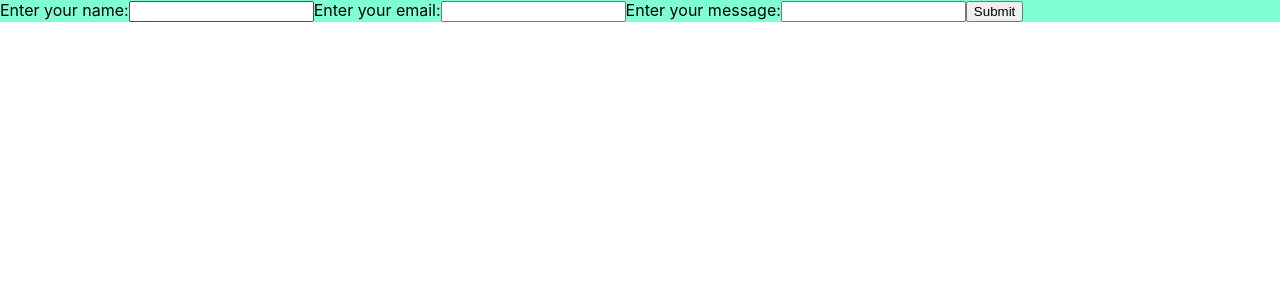
Repository: AddamVictorioDev/ProfileWebsite
Page: /form (app in con/)
The author's editor kept a copy of each file at every save. The page is drawn from the files as they stood at one save, then again after the next save.
The browser window is 1280 px wide. The pictures show the whole page.
The project was rebuilt for these pictures with package versions that can differ from the ones it lists, and the page was loaded fresh each time. Also part of the build but not shown: con/src/App.css, con/src/home.css, con/src/home.js, con/src/addam.js, con/src/usescripts.js, con/src/projects.js.

Above is the page before, as saved 2023-03-16 18:25:26.

### con/src/index.css
body {
  margin: 0;
  font-family: -apple-system, BlinkMacSystemFont, 'Segoe UI', 'Roboto', 'Oxygen',
    'Ubuntu', 'Cantarell', 'Fira Sans', 'Droid Sans', 'Helvetica Neue',
    sans-serif;
  -webkit-font-smoothing: antialiased;
  -moz-osx-font-smoothing: grayscale;
  /* background-image: url("/Users/addamvictorio/con/src/waterdropwallpp.jpg"); */
  /* background-color: #ffffff; */

}

code {
  font-family: source-code-pro, Menlo, Monaco, Consolas, 'Courier New',
    monospace;
}

### con/src/App.js
import logo from './logo.svg';
import './App.css';
import HomePage from './home';
import Addam from './addam';

import {
  BrowserRouter,
  Routes,
  Route
} from "react-router-dom";
import Projects from './projects';
import MyForm from './form';

function App() {

  return (

    <BrowserRouter>
      <Routes>


      <Route exact path="/" element={<Addam />}  />
      <Route path="projects" element={<Projects />} />
      <Route path="form" element={<MyForm />} />

      </Routes>


  </BrowserRouter>

  );
}

export default App;

### con/src/form.js
import { useState } from 'react';
import ReactDOM from 'react-dom/client';
import './form.css'

function MyForm() {
  const [inputs, setInputs] = useState({});

  const handleChange = (event) => {
    const name = event.target.name;
    const value = event.target.value;
    setInputs(values => ({...values, [name]: value}))
  }

  const handleSubmit = (event) => {
    event.preventDefault();
    alert(inputs);
  }

  return (
    <div className="container">
    <form onSubmit={handleSubmit}>
      <label>Enter your name:
      <input
        type="text"
        name="username"
        value={inputs.username || ""}
        onChange={handleChange}
      />
      </label>
      <label>Enter your email:
        <input
          type="text"
          name="age"
          value={inputs.age || ""}
          onChange={handleChange}
        />
        </label>
        <label>Enter your message:
      <input
        type="text"
        name="username"
        value={inputs.username || ""}
        onChange={handleChange}
      />
      </label>
        <input type="submit" />
    </form>
    </div>
  )
}

export default MyForm;

### con/src/addam.css
/* Grid Layout */
.home-page {
    display: flex;
    flex-direction: column;
    margin: 0;
    justify-content: center;

}

/* Typography */
.home-page h1 {

    flex: 1;

    text-align: center;
}

.cont {
   font-size: 40px;
  }


  .cont2 {
    font-size: 50px;

  }
.home-page p {
    font-size: 18px;
    line-height: 1.5;
    flex: 1;
    text-align: center;
    margin-bottom: 20px;
}

/* Color */
.home-page {
    background-color: #ffffff;
}

.home-page h1 {
    color: #333;
}
.container{
 flex: 1;
}

.home-page a {
    color: #ff5722;
    font-size:xx-large;

}
.home-page a:hover {
    background-color: #121212;
  }
button h2:hover{
    color: #ff5722;
}
/* Images and Videos */
.home-page .featured-image {
    flex: 1;
    max-width: 100%;
    height: auto;
}

/* Animation */
.home-page .featured-product {
    animation: fade-in 1s ease;
}
button{
    background-color: #ffffff;
    border: none;
}
hr {
    height:1px;
    border-width:0;
    background-color:#121212;
  }
@keyframes fade-in {
    from {
        opacity: 0;
    }
    to {
        opacity: 1;
    }
}
.desktop {
    flex: 1;

}
.mobile {
    flex: 1;
    justify-content: center;
    align-items:end;

}

.desktop h1{
    font-size: 50px;
    font-weight: 700;
}
.mobile h1{
    font-size: 40px;
    font-weight: 600;
    margin: 0;
}
.home-page h2{
    font-weight: 600;
    margin: 0;
}
footer {
    grid-area: footer;
    /* Add styles for the footer */
}
/* Whitespace */
.home-page {
    margin: 0 auto;
}

/* Navigation */
header {


}
nav {



    justify-content: space-evenly;
}
nav a {
    font-size: 18px;
    text-decoration: none;
    color: #333;



}

/* Hero section */
.hero {
    width: 100%;
    height: 300px;
    background-image: url(https://img.freepik.com/free-vector/flat-design-white-house-front-view-trademark_23-2148845491.jpg?w=2000);
    background-size: cover;
    background-position: center;
}

### con/src/form.css

.container{
    justify-content: center;
    align-items:center;
    background-color: aquamarine;
}
form{
    justify-content: center;
    align-items:center;
}
.center{
    display: grid;
    justify-content: center;
    align-items: center;


}

### con/src/projects.css
.center{
    display: grid;
    justify-content: center;
    align-items: center;


}
.photo-grid {
    display: flex;
    height: 100%;

    border-radius: 10px;
    border-color: black;

    flex-wrap: wrap;
    justify-content: center;
    align-items: center;
    gap: 10px;
    background-color: blueviolet;
  }

  .photo-item {
    height: 100%;


    position: relative;




    overflow: auto;
  }

  img {
    width: 100%;
    height: 100%;


    object-fit: cover;
  }
  .img-text {
    position: absolute;
    width: 100%;
    bottom: 10px;

    color: white;
    background-color: rgb(199, 6, 6);
    padding: 10px;
  }

Loaded but not shown: con/public/index.html (common file); con/src/index.js (common file); con/src/reportWebVitals.js (common file)

After the next save:
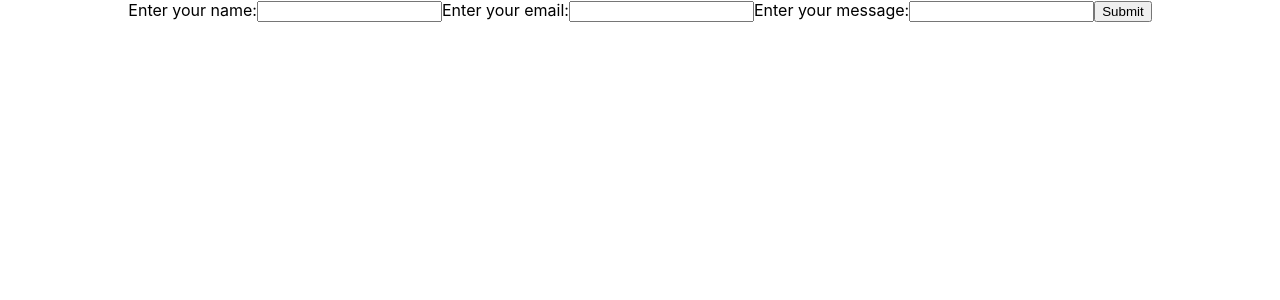
Saved 15 s later.
--- a/con/src/form.js
+++ b/con/src/form.js
@@ -17,7 +17,7 @@ function MyForm() {
   }
 
   return (
-    <div className="container">
+    <div className="center">
     <form onSubmit={handleSubmit}>
       <label>Enter your name:
       <input
